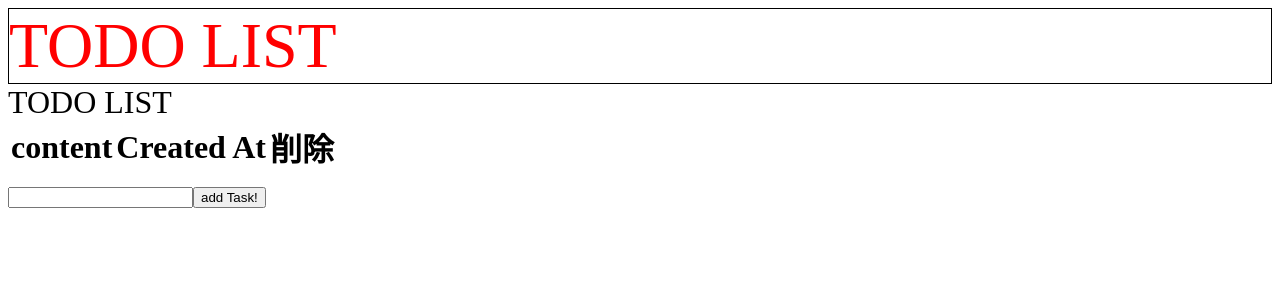
Repository: WistreHosshii/hacathon_todolList
Page: /
An editor plug-in stored every save of this project. The page is shown before and after the next save, followed by the edit.
The browser window is 1280 px wide. The pictures show the whole page.
The page's requests for data from a server got no answer. The project was rebuilt for these pictures with package versions that can differ from the ones it lists, and the page was loaded fresh each time. No one was signed in, and anything a server would have sent is missing.

Above is the page before, as saved 2019-06-10 23:51:01.

After the next save:
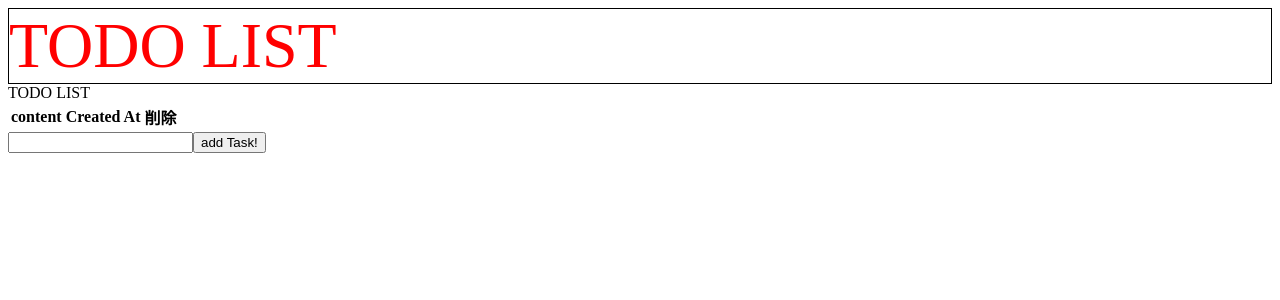
Saved 4 s later.
--- a/App.tsx
+++ b/App.tsx
@@ -9,7 +9,7 @@ const CustomizedText = styled.div`
 `;
 const Body = styled.div`
   width: 100%;
-  font-size: 2rem;
+  font-size: 1rem;
 `;
 interface Props {}
 interface State {
